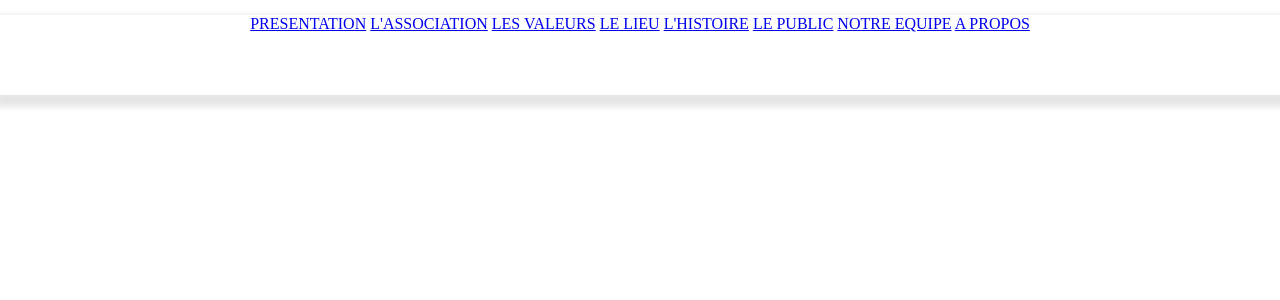
Repository: assanendao171/projet-teranga
Page: presentation.html
These files come from the project's save history. The page is drawn as it stood at one moment and after a run of saves; the edit follows.
The browser window is 1280 px wide. The pictures show the whole page.

Above is the page before, as saved 2026-02-11 11:27:16.

After the next 6 saves:
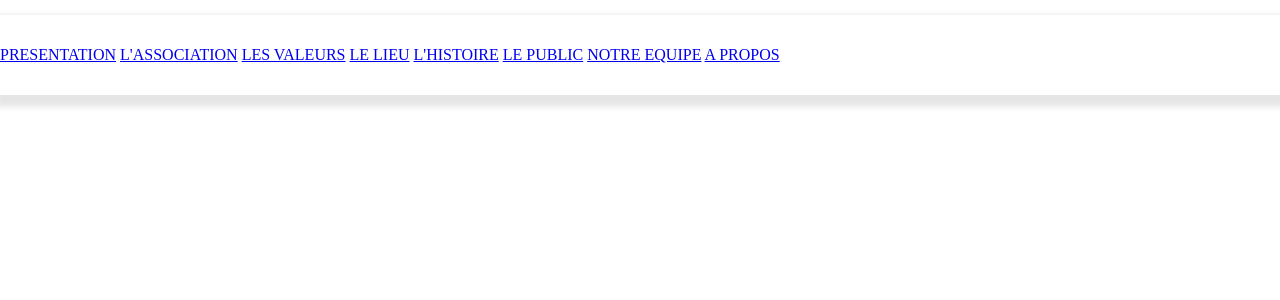
The 6 saves are shown as one change because they came seconds apart.
The last was saved 34 s later.
--- a/presentation.css
+++ b/presentation.css
@@ -5,7 +5,9 @@ header{
 width: 100%;
 height: 80px;
 background-color: #FFFFFF;
-box-shadow: 2px 6px 6px 6px rgba(0, 0, 0, 0.1)
+box-shadow: 2px 6px 6px 6px rgba(0, 0, 0, 0.1);
+display: flex;
+align-items: center;
 }
 .btn-nav{
     display: flex;
